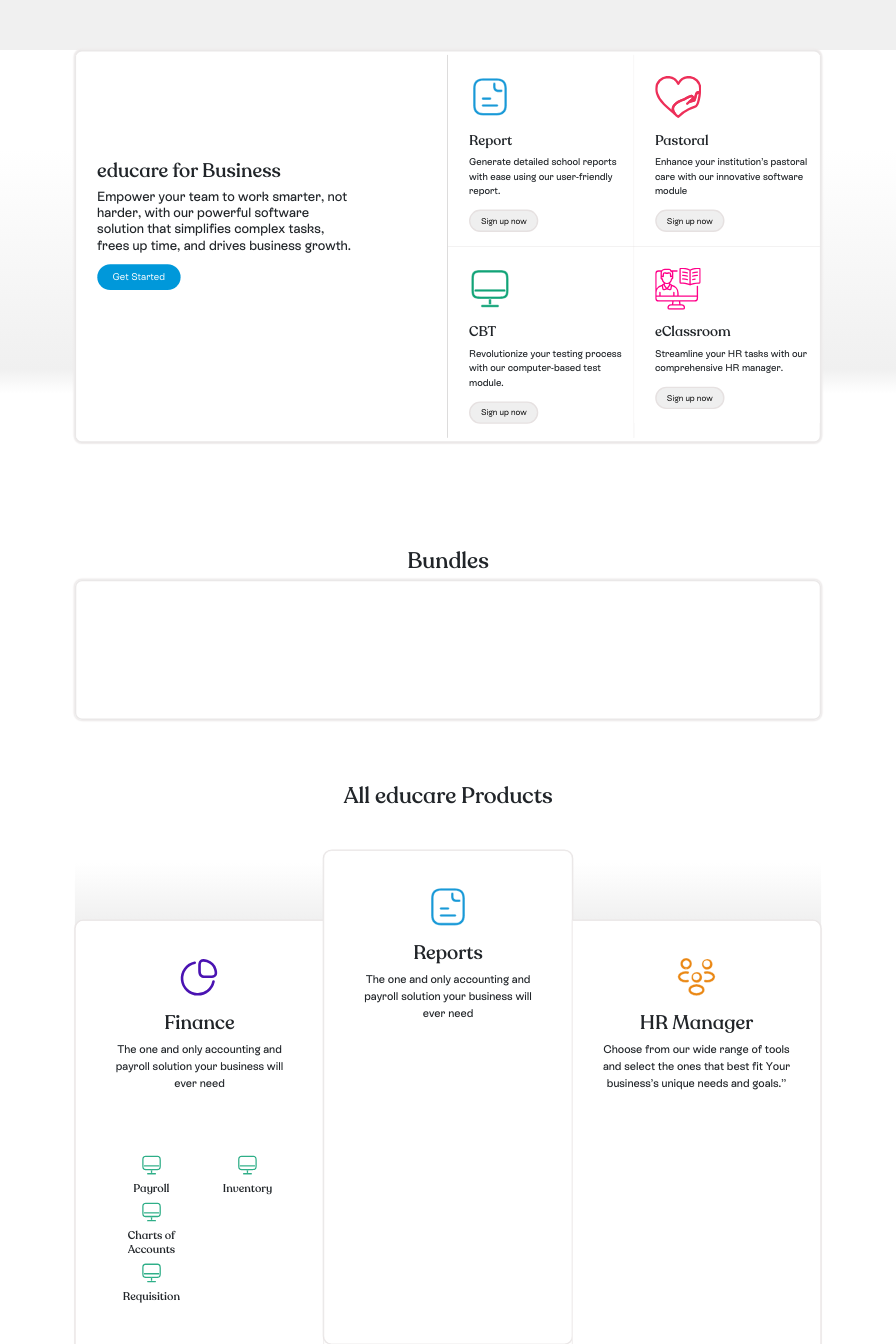
Repository: sarahnnanyelugo/educare-web
Page: /
These files come from the project's save history. The page is drawn as it stood at one moment and after the next save; the edit follows.
The browser window is 1280 px wide. The pictures show the part of the page from y = 1819 to 3739 px (the page is 3739 px tall), at 70% of full size.
The project was rebuilt for these pictures with package versions that can differ from the ones it lists, and the page was loaded fresh each time.

Above is the page before, as saved 2023-04-05 11:00:29.

After the next save:
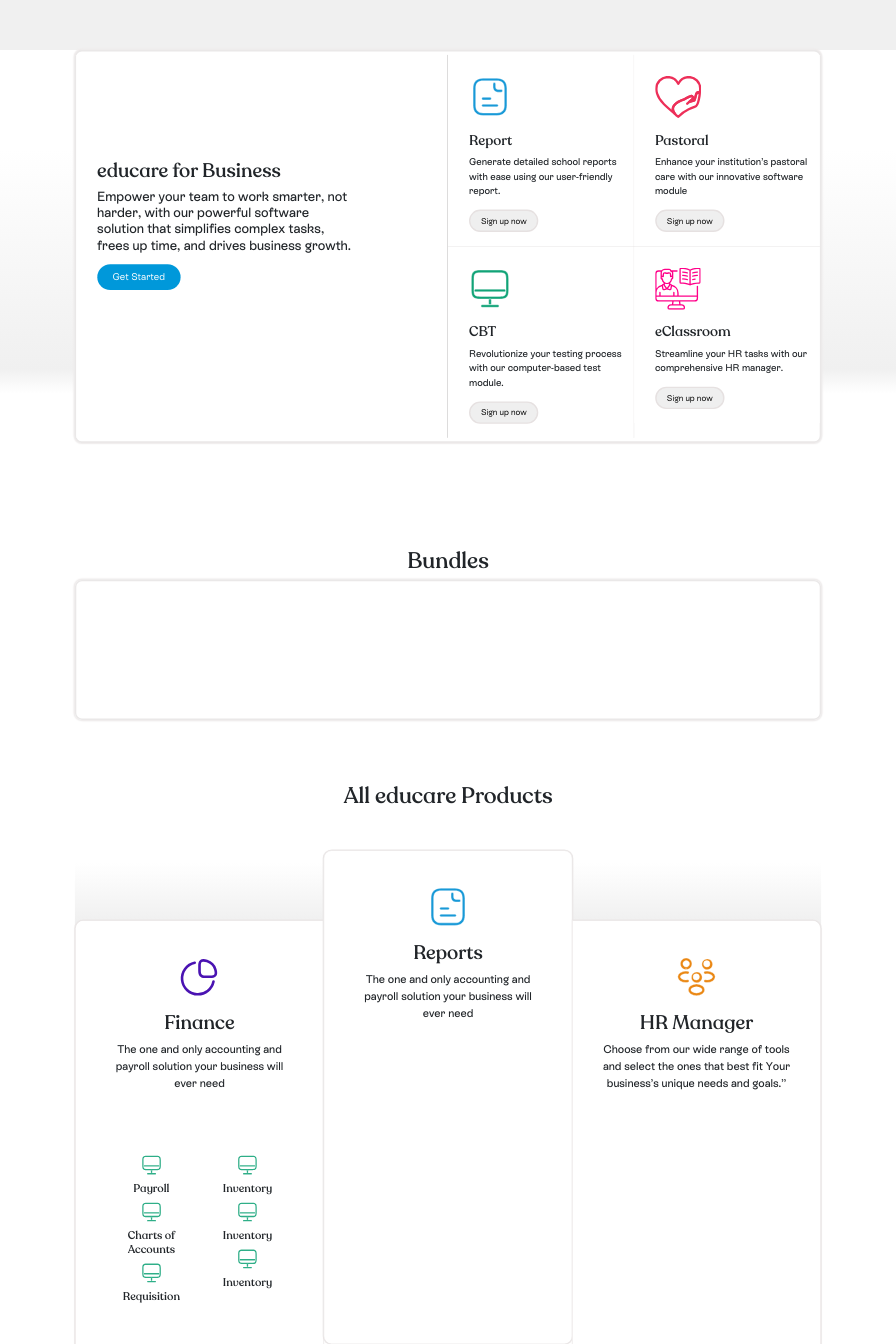
Saved 59 s later.
--- a/src/pages/Home/Home.tsx
+++ b/src/pages/Home/Home.tsx
@@ -212,6 +212,14 @@ export const Home = () => {
                 <OtherEducareProducts
                   productIcon={Screen}
                   productName="Inventory"
+                />{" "}
+                <OtherEducareProducts
+                  productIcon={Screen}
+                  productName="Inventory"
+                />{" "}
+                <OtherEducareProducts
+                  productIcon={Screen}
+                  productName="Inventory"
                 />
               </div>
             </div>
